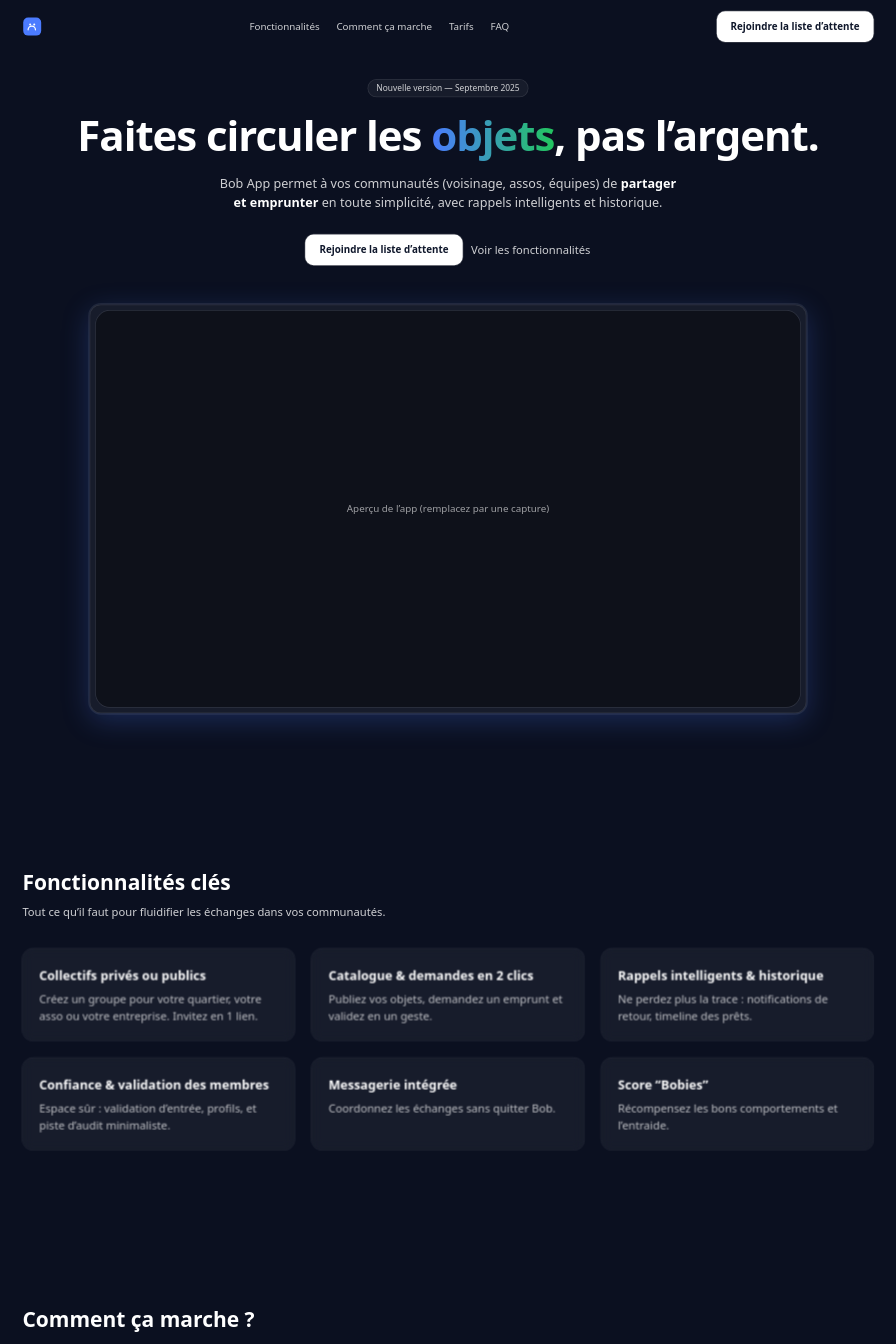
Repository: JeanCharlesMEILLAND/new-bob
Page: /
The author's editor kept a copy of each file at every save. The page is drawn from the files as they stood at one save, then again after the next save.
The browser window is 1280 px wide. The pictures show the part of the page from y = 0 to 1920 px (the page is 5044 px tall), at 70% of full size.
The page's requests for data from a server got no answer. The project was rebuilt for these pictures with package versions that can differ from the ones it lists, and the page was loaded fresh each time. The framework's server and built-in components were replaced by stand-ins that run in the browser. No one was signed in, and anything a server would have sent is missing. Also part of the build but not shown: next.config.ts.

Above is the page before, as saved 2025-08-12 01:03:46.

### src/app/layout.tsx
import type { Metadata } from 'next'
import './globals.css'
import { inter, jakarta } from './fonts'
import Navbar from '@/components/Navbar'
import Footer from '@/components/Footer'
import Analytics from '@/components/Analytics'

const name = process.env.NEXT_PUBLIC_SITE_NAME || 'Bob App'
const baseUrl = process.env.NEXT_PUBLIC_SITE_URL || 'https://www.bobapp.fr'

export const metadata: Metadata = {
  metadataBase: new URL(baseUrl),
  title: `${name} — Partagez & empruntez simplement`,
  description:
    'Bob App permet à vos communautés de partager et emprunter des objets en toute simplicité, avec rappels et historique. Faites circuler les objets, pas l’argent.',
  alternates: { canonical: '/' },
  openGraph: {
    title: `${name} — Partagez & empruntez simplement`,
    description:
      'Faites circuler les objets, pas l’argent. Bob App facilite le prêt et l’emprunt au sein de vos collectifs.',
    url: baseUrl,
    siteName: name,
    images: ['/api/og'],
    type: 'website',
  },
  twitter: {
    card: 'summary_large_image',
    title: `${name} — Partagez & empruntez simplement`,
    description: 'Faites circuler les objets, pas l’argent.',
    images: ['/api/og'],
  },
  robots: { index: true, follow: true },
}

export default function RootLayout({ children }: { children: React.ReactNode }) {
  return (
    <html lang="fr" className={`${inter.variable} ${jakarta.variable}`}>
      <body className="min-h-screen bg-[--bg] text-[--fg] antialiased">
        <Navbar />
        <main>{children}</main>
        <Footer />
        <Analytics />
      </body>
    </html>
  )
}

### src/app/page.tsx
import Hero from '@/components/sections/Hero'
import Features from '@/components/sections/Features'
import HowItWorks from '@/components/sections/HowItWorks'
import Showcase from '@/components/sections/Showcase'
import Testimonials from '@/components/sections/Testimonials'
import Pricing from '@/components/sections/Pricing'
import CTA from '@/components/sections/CTA'

export default function Page() {
  return (
    <>
      <Hero />
      <Features />
      <HowItWorks />
      <Showcase />
      <Testimonials />
      <Pricing />
      <CTA />
    </>
  )
}

### src/app/globals.css
@import "tailwindcss";

:root {
  --bg: #0b1020;
  --fg: #ffffff;
}

html, body {
  scroll-behavior: smooth;
  background: var(--bg);
  color: var(--fg);
}

/* === Tokens Tailwind v4 pour tes classes custom === */
@theme {
  /* Colors */
  --color-ink: #0f172a;
  --color-brand-50:  #f3f7ff;
  --color-brand-100: #e8efff;
  --color-brand-200: #cfe0ff;
  --color-brand-300: #a6c2ff;
  --color-brand-400: #7ba1ff;
  --color-brand-500: #4b7bff;
  --color-brand-600: #2f5df3;
  --color-brand-700: #2549c6;
  --color-brand-800: #1f3ca0;
  --color-brand-900: #1e367f;

  /* Radius */
  --radius-xl2: 1.25rem; /* => rounded-xl2 */

  /* Shadows */
  --shadow-glow: 0 0 0 2px rgba(255,255,255,0.08),
                 0 10px 40px rgba(75,123,255,0.25); /* => shadow-glow */
}
.container-gutter {
  @apply mx-auto max-w-7xl px-6 md:px-8;
}

.section {
  @apply py-20 md:py-28;
}

.card {
  @apply rounded-2xl bg-white/5 ring-1 ring-white/10 backdrop-blur;
}

.gradient-text {
  background: linear-gradient(90deg, #4b7bff 0%, #22c55e 100%);
  -webkit-background-clip: text;
  -webkit-text-fill-color: transparent;
  background-clip: text;
  color: transparent;
}

.bg-grid {
  background-image: linear-gradient(to right, rgba(255,255,255,0.06) 1px, transparent 1px),
    linear-gradient(to bottom, rgba(255,255,255,0.06) 1px, transparent 1px);
  background-size: 24px 24px;
}

*:focus-visible {
  outline: 2px solid rgba(75,123,255,0.9);
  outline-offset: 2px;
}

### src/app/fonts.ts
import { Inter, Plus_Jakarta_Sans } from 'next/font/google'

export const inter = Inter({
  subsets: ['latin'],
  variable: '--font-inter',
  display: 'swap',
})

export const jakarta = Plus_Jakarta_Sans({
  subsets: ['latin'],
  variable: '--font-jakarta',
  display: 'swap',
})

### src/components/Navbar.tsx
'use client'

import Link from 'next/link'
import Container from './ui/Container'
import Logo from './Logo'
import Button from './ui/Button'
import { useState, useEffect } from 'react'
import { clsx } from 'clsx'

export default function Navbar() {
  const [scrolled, setScrolled] = useState(false)

  useEffect(() => {
    const onScroll = () => setScrolled(window.scrollY > 20)
    onScroll()
    window.addEventListener('scroll', onScroll)
    return () => window.removeEventListener('scroll', onScroll)
  }, [])

  return (
    <header
      className={clsx(
        'fixed inset-x-0 top-0 z-50 transition-all',
        scrolled
          ? 'bg-black/50 backdrop-blur ring-1 ring-white/10'
          : 'bg-transparent'
      )}
    >
      <Container className="flex items-center justify-between py-4">
        <Link
          href="/"
          className="flex items-center gap-2"
          aria-label="Accueil Bob App"
        >
          <Logo />
          <span className="sr-only">Bob App</span>
        </Link>

        <nav
          aria-label="Navigation principale"
          className="hidden md:flex items-center gap-6 text-sm text-white/80"
        >
          <a href="#features" className="hover:text-white">Fonctionnalités</a>
          <a href="#how" className="hover:text-white">Comment ça marche</a>
          <a href="#pricing" className="hover:text-white">Tarifs</a>
          <a href="#faq" className="hover:text-white">FAQ</a>
        </nav>

        <div className="flex items-center gap-3">
          <Button href="#waitlist" className="hidden md:inline-flex">
            Rejoindre la liste d’attente
          </Button>
        </div>
      </Container>
    </header>
  )
}

### src/components/Footer.tsx
import Container from './ui/Container'

export default function Footer() {
  return (
    <footer className="border-t border-white/10 py-10 text-sm">
      <Container className="flex flex-col md:flex-row items-center justify-between gap-6 text-white/60">
        <p>© {new Date().getFullYear()} Bob App — Tous droits réservés.</p>
        <div className="flex items-center gap-6">
          <a href="/legal/terms" className="hover:text-white/90">CGU</a>
          <a href="/legal/privacy" className="hover:text-white/90">Vie privée</a>
          <a href="mailto:hello@bobapp.fr" className="hover:text-white/90">Contact</a>
        </div>
      </Container>
    </footer>
  )
}

### src/components/Analytics.tsx
'use client'

import Script from 'next/script'

export default function Analytics() {
  const gaId = process.env.NEXT_PUBLIC_GA_ID
  if (!gaId) return null

  return (
    <>
      <Script
        src={`https://www.googletagmanager.com/gtag/js?id=${gaId}`}
        strategy="afterInteractive"
      />
      <Script id="ga" strategy="afterInteractive">
        {`
        window.dataLayer = window.dataLayer || [];
        function gtag(){dataLayer.push(arguments);}
        gtag('js', new Date());
        gtag('config', '${gaId}');
        `}
      </Script>
    </>
  )
}

### src/components/sections/Hero.tsx
import Button from '@/components/ui/Button'
import Container from '@/components/ui/Container'

export default function Hero() {
  return (
    <section className="relative section pt-36">
      <div className="absolute inset-0 -z-10 bg-hero-radial bg-no-repeat opacity-70" />
      <div className="absolute inset-0 -z-20 bg-grid opacity-[0.25] [mask-image:radial-gradient(circle at center,black,transparent_70%)]" />
      <Container className="text-center">
        <div className="inline-flex items-center gap-2 rounded-full border border-white/10 bg-white/5 px-3 py-1 text-xs text-white/80">
          Nouvelle version — Septembre 2025
        </div>
        <h1 className="mt-6 text-5xl font-extrabold tracking-tight sm:text-6xl">
          Faites circuler les <span className="gradient-text">objets</span>, pas l’argent.
        </h1>
        <p className="mx-auto mt-6 max-w-2xl text-lg text-white/80">
          Bob App permet à vos communautés (voisinage, assos, équipes) de{' '}
          <strong className="text-white">partager et emprunter</strong> en toute simplicité,
          avec rappels intelligents et historique.
        </p>
        <div className="mt-8 flex flex-wrap items-center justify-center gap-3">
          <Button href="#waitlist" ariaLabel="Rejoindre la liste d’attente">
            Rejoindre la liste d’attente
          </Button>
          <a
            href="#features"
            className="text-white/80 hover:text-white underline-offset-4 hover:underline"
          >
            Voir les fonctionnalités
          </a>
        </div>

        <div
          aria-hidden="true"
          className="mx-auto mt-14 max-w-5xl rounded-2xl border border-white/10 bg-white/5 p-2 shadow-glow"
        >
          <div className="aspect-[16/9] w-full rounded-xl2 bg-black/40 ring-1 ring-white/10 flex items-center justify-center text-white/60">
            <span className="text-sm">Aperçu de l’app (remplacez par une capture)</span>
          </div>
        </div>
      </Container>
    </section>
  )
}

### src/components/sections/Features.tsx
import Container from '@/components/ui/Container'

const FEATURES = [
  {
    title: 'Collectifs privés ou publics',
    desc: 'Créez un groupe pour votre quartier, votre asso ou votre entreprise. Invitez en 1 lien.',
  },
  {
    title: 'Catalogue & demandes en 2 clics',
    desc: 'Publiez vos objets, demandez un emprunt et validez en un geste.',
  },
  {
    title: 'Rappels intelligents & historique',
    desc: 'Ne perdez plus la trace : notifications de retour, timeline des prêts.',
  },
  {
    title: 'Confiance & validation des membres',
    desc: 'Espace sûr : validation d’entrée, profils, et piste d’audit minimaliste.',
  },
  {
    title: 'Messagerie intégrée',
    desc: 'Coordonnez les échanges sans quitter Bob.',
  },
  {
    title: 'Score “Bobies”',
    desc: 'Récompensez les bons comportements et l’entraide.',
  },
]

export default function Features() {
  return (
    <section id="features" className="section">
      <Container>
        <h2 className="text-3xl font-bold">Fonctionnalités clés</h2>
        <p className="mt-3 max-w-2xl text-white/80">
          Tout ce qu’il faut pour fluidifier les échanges dans vos communautés.
        </p>

        <div className="mt-10 grid grid-cols-1 gap-6 md:grid-cols-2 lg:grid-cols-3">
          {FEATURES.map((f) => (
            <div key={f.title} className="card p-6 hover:shadow-glow transition-shadow">
              <h3 className="text-lg font-semibold">{f.title}</h3>
              <p className="mt-2 text-white/75">{f.desc}</p>
            </div>
          ))}
        </div>
      </Container>
    </section>
  )
}

### src/components/sections/HowItWorks.tsx
import Container from '@/components/ui/Container'

const STEPS = [
  { title: 'Créez votre collectif', desc: 'Voisins, asso, équipe — avec validation des membres.' },
  { title: 'Publiez vos objets', desc: 'Ajoutez photos, dispo et conditions simples.' },
  { title: 'Empruntez en 2 clics', desc: 'Demande, validation, rendez-vous — c’est tracé.' },
  { title: 'Retour & feedback', desc: 'Rappels automatiques, historique et “Bobies”.' },
]

export default function HowItWorks() {
  return (
    <section id="how" className="section">
      <Container>
        <h2 className="text-3xl font-bold">Comment ça marche ?</h2>
        <div className="mt-10 grid gap-6 md:grid-cols-4">
          {STEPS.map((s, i) => (
            <div key={s.title} className="card p-6">
              <div className="flex h-10 w-10 items-center justify-center rounded-full bg-white/10 ring-1 ring-white/20">
                {i + 1}
              </div>
              <h3 className="mt-4 font-semibold">{s.title}</h3>
              <p className="mt-2 text-white/75">{s.desc}</p>
            </div>
          ))}
        </div>
      </Container>
    </section>
  )
}

### src/components/sections/Showcase.tsx
import Container from '@/components/ui/Container'

export default function Showcase() {
  return (
    <section className="section">
      <Container>
        <div className="grid items-center gap-8 md:grid-cols-2">
          <div>
            <h2 className="text-3xl font-bold">Pensé pour l’usage quotidien</h2>
            <p className="mt-3 text-white/80">
              Rappels discrets, timeline claire, et un catalogue agréable à parcourir.
              Remplacez les groupes de messagerie par une interface structurée, avec historique et validation.
            </p>
            <ul className="mt-6 space-y-2 text-white/80">
              <li>• Accès par lien/QR au collectif</li>
              <li>• Notifications de retour</li>
              <li>• Historique de prêts/retours</li>
              <li>• Messagerie légère intégrée</li>
            </ul>
          </div>
          <div className="rounded-2xl border border-white/10 bg-white/5 p-2">
            <div className="aspect-[9/16] w-full rounded-xl2 bg-black/40 ring-1 ring-white/10 flex items-center justify-center text-white/60">
              <span className="text-sm">Mockup mobile — remplacez par un screen</span>
            </div>
          </div>
        </div>
      </Container>
    </section>
  )
}

### src/components/sections/Testimonials.tsx
import Container from '@/components/ui/Container'

const TESTIMONIALS = [
  {
    name: 'Sarah, présidente d’asso',
    text: 'On a évité l’achat de matériel en doublon. L’interface est simple et tout le monde s’y retrouve.',
  },
  {
    name: 'Karim, voisinage',
    text: 'On se prête outillage et jeux pour les enfants. Les rappels évitent les oublis.',
  },
  {
    name: 'Élodie, RH',
    text: 'Parfait pour animer un collectif interne sur plusieurs sites. Traçabilité légère mais suffisante.',
  },
]

export default function Testimonials() {
  return (
    <section className="section">
      <Container>
        <h2 className="text-3xl font-bold">Ils en parlent</h2>
        <div className="mt-8 grid gap-6 md:grid-cols-3">
          {TESTIMONIALS.map((t) => (
            <figure key={t.name} className="card p-6">
              <blockquote className="text-white/90">&ldquo;{t.text}&rdquo;</blockquote>
              <figcaption className="mt-4 text-white/60">— {t.name}</figcaption>
            </figure>
          ))}
        </div>
      </Container>
    </section>
  )
}

### src/components/sections/Pricing.tsx
import Container from '@/components/ui/Container'
import Button from '@/components/ui/Button'

export default function Pricing() {
  return (
    <section id="pricing" className="section">
      <Container>
        <h2 className="text-3xl font-bold">Tarifs simples</h2>
        <p className="mt-3 max-w-2xl text-white/80">
          Démarrez gratuitement. Montez en puissance avec votre collectif.
        </p>

        <div className="mt-10 grid gap-6 md:grid-cols-3">
          <div className="card p-6">
            <h3 className="text-xl font-bold">Gratuit</h3>
            <p className="mt-1 text-white/70">Pour tester en petit comité</p>
            <ul className="mt-4 space-y-2 text-white/80">
              <li>• Jusqu’à 20 membres</li>
              <li>• 50 objets</li>
              <li>• Rappels & historique</li>
            </ul>
            <Button href="#waitlist" className="mt-6 w-full">
              Démarrer
            </Button>
          </div>

          <div className="card p-6 ring-2 ring-brand-500">
            <h3 className="text-xl font-bold">Communauté</h3>
            <p className="mt-1 text-white/70">Pour une asso ou un quartier</p>
            <ul className="mt-4 space-y-2 text-white/80">
              <li>• Jusqu’à 200 membres</li>
              <li>• Illimité objets</li>
              <li>• Messagerie + “Bobies”</li>
            </ul>
            <Button href="#waitlist" className="mt-6 w-full">
              Rejoindre
            </Button>
          </div>

          <div className="card p-6">
            <h3 className="text-xl font-bold">Entreprise</h3>
            <p className="mt-1 text-white/70">Pour équipes & sites multiples</p>
            <ul className="mt-4 space-y-2 text-white/80">
              <li>• Membres illimités</li>
              <li>• Admin & SSO</li>
              <li>• SLA & support</li>
            </ul>
            <Button href="#waitlist" className="mt-6 w-full">
              Contacter
            </Button>
          </div>
        </div>
      </Container>
    </section>
  )
}

### src/components/sections/CTA.tsx
'use client'

import { useState } from 'react'
import Container from '@/components/ui/Container'
import Button from '@/components/ui/Button'

export default function CTA() {
  const [email, setEmail] = useState('')
  const [status, setStatus] = useState<'idle' | 'loading' | 'ok' | 'err'>('idle')

  async function join(e: React.FormEvent) {
    e.preventDefault()
    setStatus('loading')
    try {
      const res = await fetch('/api/waitlist', {
        method: 'POST',
        headers: { 'Content-Type': 'application/json' },
        body: JSON.stringify({ email }),
      })
      if (!res.ok) throw new Error('HTTP ' + res.status)
      setStatus('ok')
      setEmail('')
    } catch {
      setStatus('err')
    }
  }

  return (
    <section id="waitlist" className="section">
      <Container className="text-center">
        <h2 className="text-3xl font-bold">Rejoignez la liste d’attente</h2>
        <p className="mt-3 text-white/80">
          Soyez les premiers informés du lancement, recevez des accès anticipés et des bonus de
          démarrage.
        </p>
        <form onSubmit={join} className="mx-auto mt-8 flex max-w-md items-center gap-2">
          <label className="sr-only" htmlFor="email">
            Adresse email
          </label>
          <input
            id="email"
            required
            type="email"
            placeholder="votre@email.fr"
            value={email}
            onChange={(e) => setEmail(e.target.value)}
            className="w-full rounded-xl2 border border-white/10 bg-white/10 px-4 py-3 text-white placeholder-white/50 focus:outline-none"
          />
          <Button type="submit" className="whitespace-nowrap">
            {status === 'loading'
              ? 'Envoi…'
              : status === 'ok'
              ? 'Inscrit ✔︎'
              : 'S’inscrire'}
          </Button>
        </form>
        {status === 'err' && (
          <p className="mt-2 text-red-300">Oups, une erreur est survenue. Réessayez.</p>
        )}
      </Container>
    </section>
  )
}

### src/components/ui/Container.tsx
import { clsx } from 'clsx'

export default function Container({
  children,
  className
}: {
  children: React.ReactNode
  className?: string
}) {
  return <div className={clsx('container-gutter', className)}>{children}</div>
}

### src/components/Logo.tsx
export default function Logo({ className = 'h-7 w-auto' }: { className?: string }) {
  return (
    <svg className={className} viewBox="0 0 48 48" fill="none" aria-label="Bob App logo">
      <rect x="2" y="2" width="44" height="44" rx="12" fill="url(#g)" />
      <path d="M14 32c0-5 4-9 9-9s9 4 9 9" stroke="white" strokeWidth="3" strokeLinecap="round" />
      <circle cx="19" cy="19" r="2.5" fill="white" />
      <circle cx="29" cy="19" r="2.5" fill="white" />
      <defs>
        <linearGradient id="g" x1="2" y1="2" x2="46" y2="46">
          <stop stopColor="#4b7bff" />
          <stop offset="1" stopColor="#22c55e" />
        </linearGradient>
      </defs>
    </svg>
  )
}

### src/components/ui/Button.tsx
import { clsx } from 'clsx'
import Link from 'next/link'

type Variant = 'primary' | 'secondary' | 'ghost'
type Size = 'sm' | 'md' | 'lg'

type Props = {
  href?: string
  children: React.ReactNode
  onClick?: () => void
  className?: string
  type?: 'button' | 'submit' | 'reset'
  ariaLabel?: string
  variant?: Variant
  size?: Size
}

const baseClasses =
  'inline-flex items-center justify-center rounded-xl px-5 py-3 text-sm font-semibold transition-transform active:scale-[0.99]'

const variantClasses: Record<Variant, string> = {
  primary:  'bg-white text-slate-900 hover:bg-white/90 ring-1 ring-white/20 shadow',
  secondary:'bg-slate-800/60 text-white hover:bg-slate-800 ring-1 ring-white/10',
  ghost:    'bg-transparent text-white hover:bg-white/10 ring-1 ring-white/10',
}

const sizeClasses: Record<Size, string> = {
  sm: 'px-3 py-2 text-xs',
  md: 'px-5 py-3 text-sm',
  lg: 'px-6 py-3.5 text-base',
}

export default function Button({
  href,
  children,
  onClick,
  className,
  type = 'button',
  ariaLabel,
  variant = 'primary',
  size = 'md',
}: Props) {
  const classes = clsx(baseClasses, variantClasses[variant], sizeClasses[size], className)

  if (href) {
    return (
      <Link href={href} aria-label={ariaLabel} className={classes}>
        {children}
      </Link>
    )
  }
  return (
    <button type={type} onClick={onClick} aria-label={ariaLabel} className={classes}>
      {children}
    </button>
  )
}

After the next save:
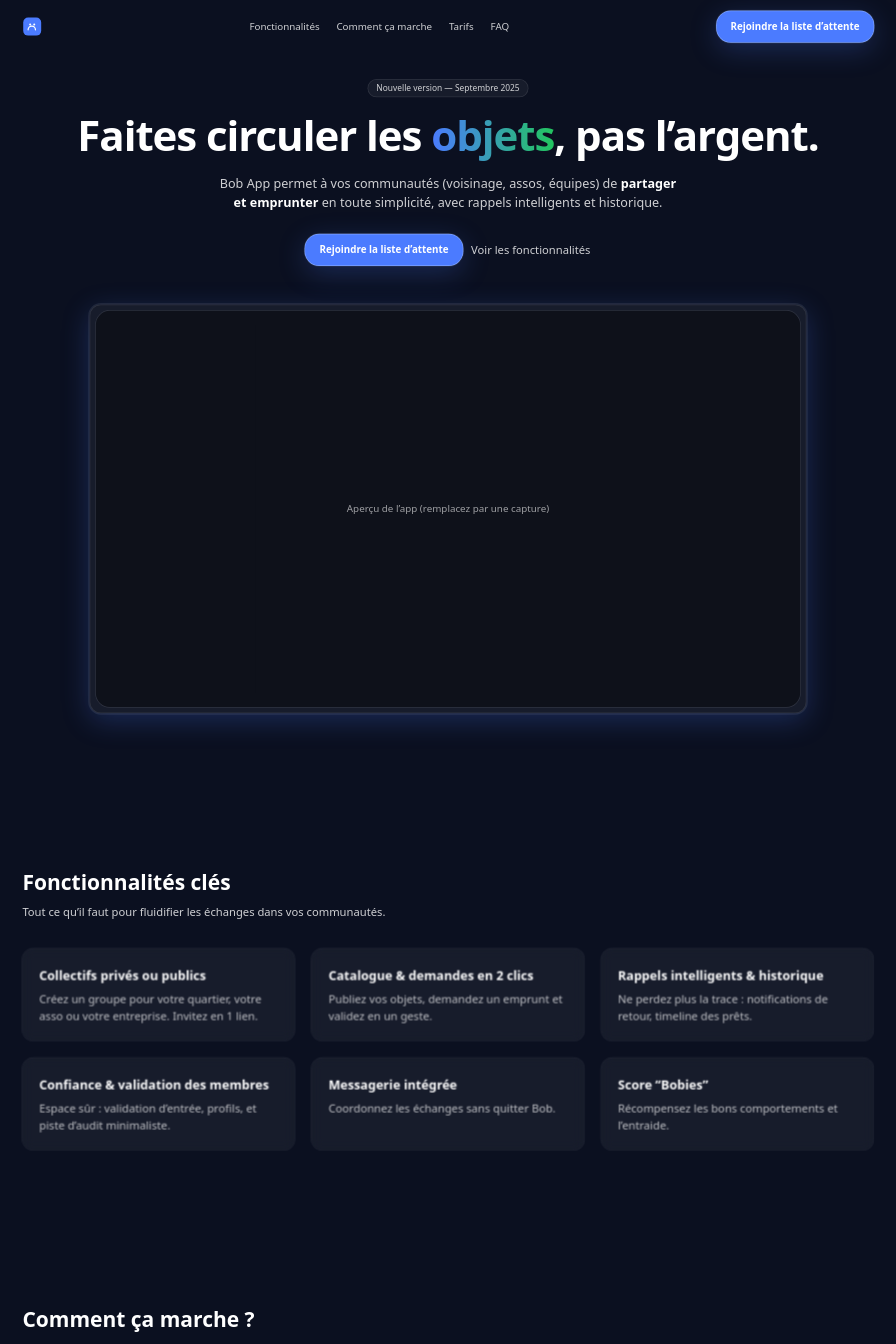
Saved 58 s later.
--- a/src/components/ui/Button.tsx
+++ b/src/components/ui/Button.tsx
@@ -15,15 +15,18 @@
   size?: Size
 }
 
+/* Base commune */
 const baseClasses =
-  'inline-flex items-center justify-center rounded-xl px-5 py-3 text-sm font-semibold transition-transform active:scale-[0.99]'
+  'inline-flex items-center justify-center rounded-xl2 px-5 py-3 text-sm font-semibold transition-transform active:scale-[0.99] focus:outline-none focus-visible:ring-2 focus-visible:ring-brand-500'
 
+/* Variantes de style (tokens @theme) */
 const variantClasses: Record<Variant, string> = {
-  primary:  'bg-white text-slate-900 hover:bg-white/90 ring-1 ring-white/20 shadow',
-  secondary:'bg-slate-800/60 text-white hover:bg-slate-800 ring-1 ring-white/10',
-  ghost:    'bg-transparent text-white hover:bg-white/10 ring-1 ring-white/10',
+  primary:  'bg-brand-500 text-white hover:bg-brand-600 ring-1 ring-brand-400 shadow-glow',
+  secondary:'bg-brand-100 text-brand-800 hover:bg-brand-200 ring-1 ring-brand-300',
+  ghost:    'bg-transparent text-brand-500 hover:bg-brand-50 ring-1 ring-brand-200',
 }
 
+/* Tailles */
 const sizeClasses: Record<Size, string> = {
   sm: 'px-3 py-2 text-xs',
   md: 'px-5 py-3 text-sm',
@@ -49,6 +52,7 @@
       </Link>
     )
   }
+
   return (
     <button type={type} onClick={onClick} aria-label={ariaLabel} className={classes}>
       {children}
